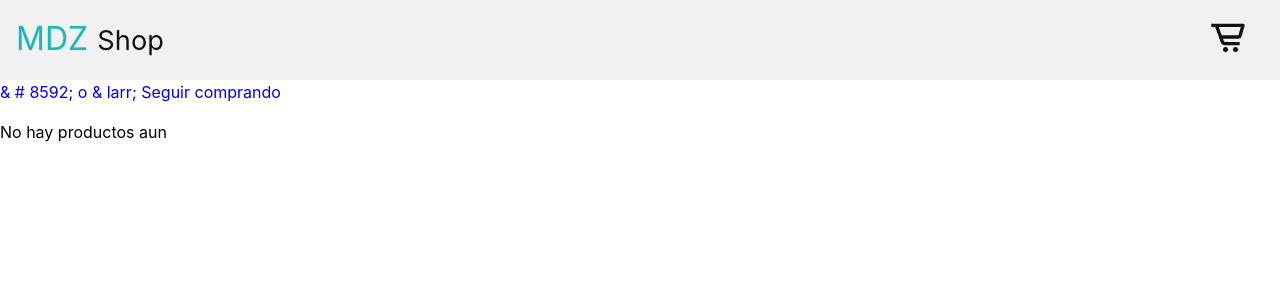
Repository: leo7mdz/FE-e-Commerce-shoes
Page: /cart
The author's editor kept a copy of each file at every save. The page is drawn from the files as they stood at one save, then again after the next save.
The browser window is 1280 px wide. The pictures show the whole page.
The project was rebuilt for these pictures with package versions that can differ from the ones it lists, and the page was loaded fresh each time. Also part of the build but not shown: vite.config.js, src/components/banner.module.css, src/components/Banner.jsx, src/components/card.module.css, src/components/Card.jsx, src/components/gridProducts.module.css, src/components/Products.jsx, src/components/product.module.css and 5 more.

Above is the page before, as saved 2023-03-02 17:32:25.

### src/App.jsx
import "./App.css";
import { Provider } from "react-redux";
import { store } from "./store/store";
import { BrowserRouter, Route, Routes } from "react-router-dom";
import Products from "./components/Products";
import Header from "./components/Header";
import Product from "./components/Product";
import Cart from "./components/Cart";
import CheckOutSucceess from "./pages/checkOutSucceess";

function App() {
  return (
    <Provider store={store}>
      <div className="App">
        <BrowserRouter>
          <Header />
          <Routes>
            <Route path="/" element={<Products />} />
            <Route path="/product/:id" element={<Product />} />
            <Route path="/checkout-success" element={<CheckOutSucceess />} />
            <Route path="/cart" element={<Cart />} />
          </Routes>
        </BrowserRouter>
      </div>
    </Provider>
  );
}

export default App;

### src/index.css
:root {
  font-family: Inter, Avenir, Helvetica, Arial, sans-serif;
  font-size: 16px;
  line-height: 24px;
  font-weight: 400;

}

body {
  margin: 0;
}

a {
  text-decoration: none;
}

img {
  max-width: 100%;
}

### src/store/store.js
import { configureStore } from "@reduxjs/toolkit";
import { productsApi } from "../api/productsApi";
import cartReducer from "../slice/cartSlice";

export const store = configureStore({
  reducer: {
    cart: cartReducer,
    [productsApi.reducerPath]: productsApi.reducer,
  },
  middleware: (getDefaultMiddleware) =>
    getDefaultMiddleware().concat(productsApi.middleware),
});

### src/components/Header.jsx
import React, { useEffect } from "react";
import style from "./header.module.css";
import { BiCartAlt } from "react-icons/bi";
import { Link } from "react-router-dom";
import { useDispatch, useSelector } from "react-redux";
import { GetTotals } from "../slice/cartSlice";

const Header = () => {
  let totalItems = useSelector((state) => state.cart);
  const dispatch = useDispatch();

  useEffect(() => {
    dispatch(GetTotals());
  }, [totalItems, GetTotals]);

  return (
    <header className={style.header}>
      <Link to="/">
        <p className={style.title}>
          <span className={style.span}>mdz</span> Shop
        </p>
      </Link>

      <nav className={style.nav}>
        <Link className={style.cart} to="/cart">
          <BiCartAlt className={style.icon} />
          {totalItems.cartTotalQuantity > 0 && (
            <span className={style.itemTotals}>
              {totalItems.cartTotalQuantity}
            </span>
          )}
        </Link>
      </nav>
    </header>
  );
};

export default Header;

### src/components/Cart.jsx
import React from "react";
import { useEffect } from "react";
import { useDispatch, useSelector } from "react-redux";
import { clearCart, GetTotals } from "../slice/cartSlice";
import { Link } from "react-router-dom";
import ItemCart from "./ItemCart";
import PayButton from "./PayButton";

const Cart = () => {
  const cart = useSelector((state) => state.cart.cart);
  const details = useSelector((state) => state.cart);

  const dispatch = useDispatch();
  console.log(details);

  useEffect(() => {
    dispatch(GetTotals());
  }, []);

  return (
    <div>
      <Link to="/"> & # 8592; o & larr; Seguir comprando</Link>
      {cart.length > 0 ? (
        <div>
          <div>
            {cart.map((item) => (
              <ItemCart item={item} key={item.Id} />
            ))}
          </div>

          <button onClick={() => dispatch(clearCart())}>Limpiar carrito</button>

          <div>
            <p>Productos totales . . . . . . . {details.cartTotalQuantity} </p>
            <p>Subtotal . . . . . . . . . $ {details.cartTotalAmount}</p>
            <p>Envio . . . . . . . . . Sin costo</p>
            <p>Total . . . . . . . . . $ {details.cartTotalAmount}</p>
          </div>

          <PayButton cart={cart} />
        </div>
      ) : (
        <p>No hay productos aun</p>
      )}
    </div>
  );
};

export default Cart;

### src/api/productsApi.js
import { createApi, fetchBaseQuery } from "@reduxjs/toolkit/query/react";

export const productsApi = createApi({
  reducerPath: "productsApi",
  baseQuery: fetchBaseQuery({
    baseUrl: "https://be-e-commerce-shoes.vercel.app/",
  }),
  endpoints: (builder) => ({
    getProducts: builder.query({
      query: () => "products",
    }),
    getProduct: builder.query({
      query: (id) => `products/${id}`,
    }),
  }),
});

export const { useGetProductsQuery, useGetProductQuery } = productsApi;

### src/slice/cartSlice.js
import { createSlice } from "@reduxjs/toolkit";

const initialState = {
  cart: [],
  cartTotalQuantity: 0,
  cartTotalAmount: 0,
};

export const cartSlice = createSlice({
  name: "cart",
  initialState,
  reducers: {
    addToCart: (state, action) => {
      let product = state.cart.find(
        (product) => product.Id == action.payload.Id
      );

      return product
        ? {
            ...state,
            cart: state.cart.map((product) =>
              product.Id === action.payload.Id
                ? { ...product, Cantidad: product.Cantidad + 1 }
                : product
            ),
          }
        : {
            ...state,
            cart: [...state.cart, { ...action.payload, Cantidad: 1 }],
          };
    },

    incrementCart: (state, action) => {
      return {
        ...state,
        cart: state.cart.map((item) =>
          item.Id === action.payload.Id
            ? { ...item, Cantidad: item.Cantidad + 1 }
            : item
        ),
      };
    },
    clearItem: (state, action) => {
      return {
        ...state,
        cart: state.cart.filter((item) => item.Id !== action.payload.Id),
      };
    },
    clearCart: (state, action) => {
      return initialState;
    },
    GetTotals: (state, action) => {
      let { total, quantity } = state.cart.reduce(
        (acc, product) => {
          const { Precio, Cantidad } = product;
          const itemTotal = Precio * Cantidad;

          (acc.total += itemTotal), (acc.quantity += Cantidad);

          return acc;
        },
        { total: 0, quantity: 0 }
      );

      state.cartTotalAmount = total.toFixed(3);
      state.cartTotalQuantity = quantity;
    },
  },
});
export const {
  addToCart,
  decrementCart,
  incrementCart,
  clearCart,
  GetTotals,
  clearItem,
} = cartSlice.actions;

export default cartSlice.reducer;

### src/components/header.module.css
.header {
    display: flex;
    justify-content: space-between;
    align-items: center;
    position: sticky;
    top: 0;
    background-color: #f1f1f1;
    z-index: 100000;

}

.span {
    color: rgb(20, 185, 185);
    text-transform: uppercase;
    font-size: 2rem;
    padding-right: .1rem;
}

.title {
    color: rgb(19, 18, 18);
    font-size: 1.7rem;
    padding-left: 1rem;
}

.cart {
    padding-right: 2rem;
}

.icon {
    font-size: 2.5rem;

    color: rgb(17, 17, 17);
}

.itemTotals {
    width: .4rem;
    height: .4rem;
    border-radius: 50%;
    border: .1rem solid red;
    padding: .2rem;
    font-size: .8rem;
    color: white;
    background-color: red;
    font-weight: bold;
    margin-left: -.4rem;
}

Loaded but not shown: index.html (common file); src/main.jsx (common file); src/App.css (common file)

After the next save:
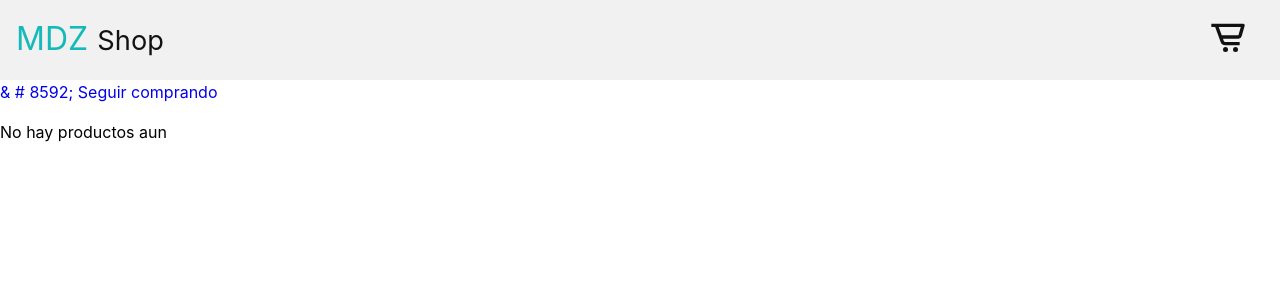
Saved 28 s later.
--- a/src/components/Cart.jsx
+++ b/src/components/Cart.jsx
@@ -19,7 +19,7 @@
 
   return (
     <div>
-      <Link to="/"> & # 8592; o & larr; Seguir comprando</Link>
+      <Link to="/"> & # 8592; Seguir comprando</Link>
       {cart.length > 0 ? (
         <div>
           <div>
